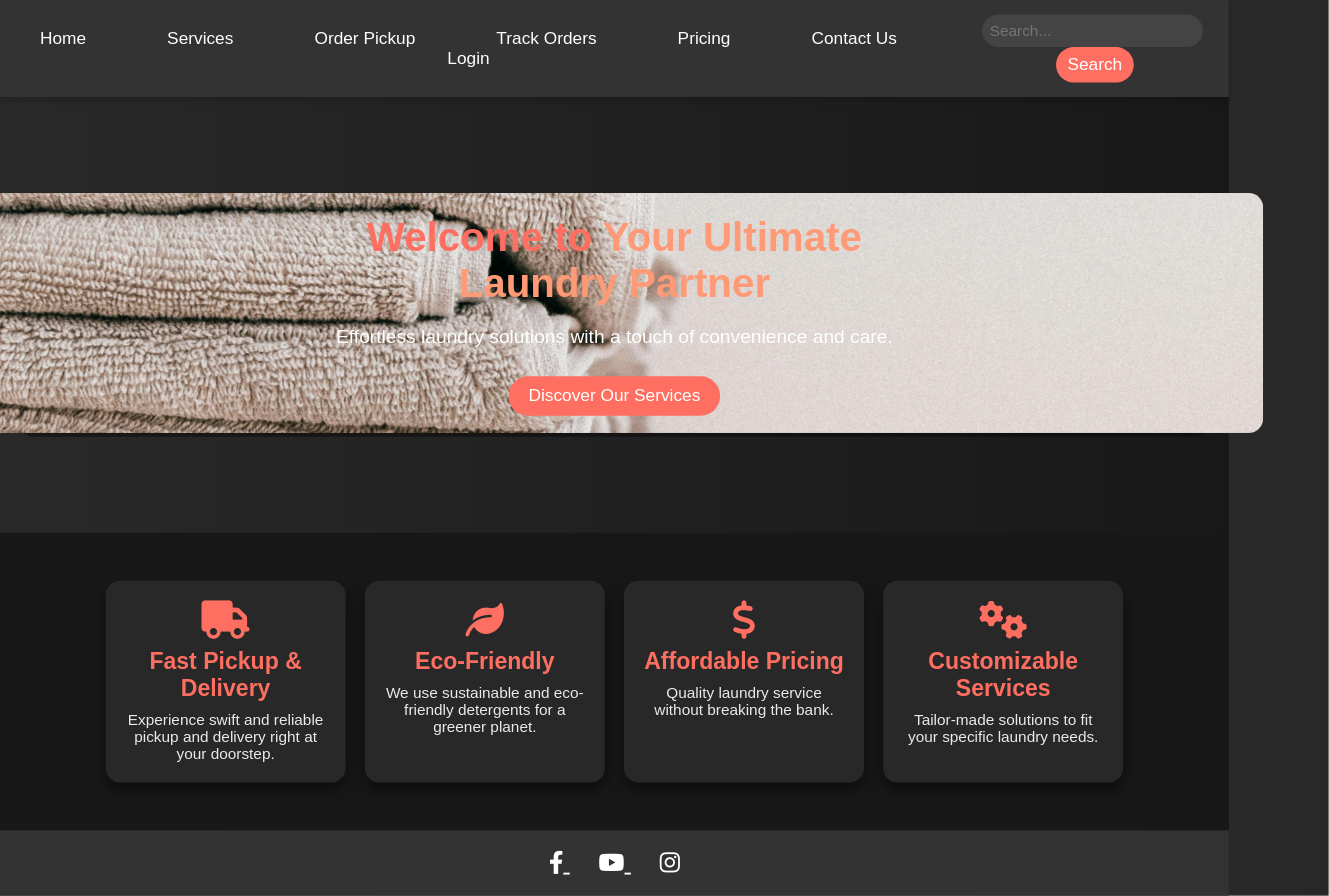
Repository: wmrmweerakoon/Online-Laundry-Management-System
Page: http://localhost/LaundryManagementSystem/home.jsp
These files come from the project's save history. The page is drawn as it stood at one moment and after the next save; the edit follows.
The browser window is 1280 px wide. The page is 1384 px wide, so the pictures cover 1384 px, including what lies to the right of the window. The pictures show the whole page, at 96% of full size.
The page is served by Tomcat 9.

Above is the page before, as saved 2024-10-08 04:08:46.

After the next save:
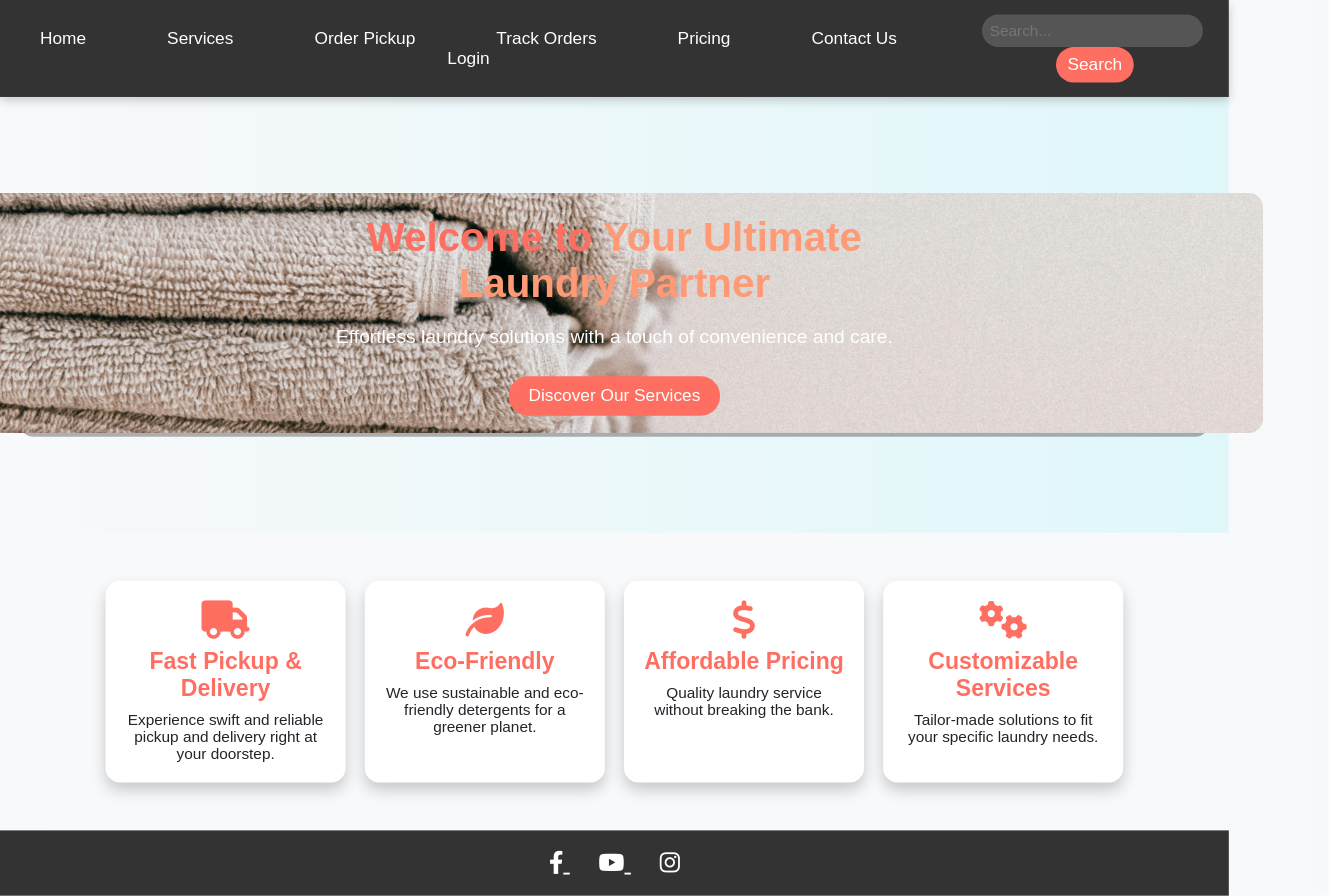
Saved 39 s later.
--- a/Projects/LaundryManagementSystem/src/main/webapp/CSS/home.css
+++ b/Projects/LaundryManagementSystem/src/main/webapp/CSS/home.css
@@ -8,14 +8,11 @@
     --menu-bg-color: #333; /* Darker gray for menu bar */
     --menu-hover-bg-color: #444; /* Slightly lighter gray for hover */
     --menu-text-color: #ffffff; /* White text for contrast */
-    --search-bar-bg: #444; /* Darker background for search bar */
-    --bg-color: #181818; /* Dark background for the main section */
-    --bg-gradient-start: #292929; /* Dark Gray */
-    --bg-gradient-end: #181818; /* Darker Gray */
-    --text-primary: #eaeaea; /* Light Gray text */
-    --button-bg-color: #ff6f61; /* Coral Pink */
-    --button-hover-color: #ff3e0d; /* Darker Coral */
-    --card-bg-color: #282828; /* Slightly lighter dark for cards */
+    --search-bar-bg: #555; /* Medium dark background for search bar */
+    --bg-gradient-start: #f8f9fa; /* Light Gradient Start */
+    --bg-gradient-end: #e0f7fa;  /* Light Teal Gradient End */
+    --text-primary: #212529; /* Darker text color */
+    --button-hover-color: #ff4824; /* Deep Coral */
 }
 
 * {
@@ -56,7 +53,7 @@ nav ul li {
 }
 
 nav ul li a {
-    color: var(--menu-text-color);
+    color: var(--menu-text-color); /* White text on darker background */
     text-decoration: none;
     font-size: 18px;
     padding: 12px 20px;
@@ -66,9 +63,24 @@ nav ul li a {
 }
 
 nav ul li a:hover {
-    background-color: var(--menu-hover-bg-color);
+    background-color: var(--menu-hover-bg-color); /* Slightly lighter gray */
     transform: scale(1.05);
     box-shadow: 0 4px 10px rgba(0, 0, 0, 0.2);
+}
+
+nav ul li a::after {
+    content: '';
+    position: absolute;
+    width: 0;
+    height: 3px;
+    background-color: var(--primary-color); /* Coral underline on hover */
+    left: 0;
+    bottom: 0;
+    transition: width 0.3s ease;
+}
+
+nav ul li a:hover::after {
+    width: 100%;
 }
 
 /* Search Bar */
@@ -84,8 +96,8 @@ nav ul li a:hover {
     border: none;
     border-radius: 20px;
     width: 230px;
-    background-color: var(--search-bar-bg);
-    color: var(--accent-color);
+    background-color: var(--search-bar-bg); /* Medium dark background for search */
+    color: var(--accent-color); /* White text in search bar */
     outline: none;
     transition: all 0.3s ease;
 }
@@ -97,7 +109,7 @@ nav ul li a:hover {
 
 .search-container button {
     padding: 8px 12px;
-    background-color: var(--button-bg-color);
+    background-color: var(--primary-color);
     color: var(--accent-color);
     border: none;
     border-radius: 20px;
@@ -106,7 +118,7 @@ nav ul li a:hover {
 }
 
 .search-container button:hover {
-    background-color: var(--button-hover-color);
+    background-color: var(--hover-color);
     box-shadow: 0 4px 6px rgba(0, 0, 0, 0.2);
 }
 
@@ -138,7 +150,7 @@ nav ul li a:hover {
     left: 0;
     width: 100%;
     height: 100%;
-    background: rgba(0, 0, 0, 0.4); /* Dark overlay */
+    background: rgba(0, 0, 0, 0.3); /* Adjust color and opacity as needed */
     border-radius: 15px;
 }
 
@@ -168,7 +180,7 @@ nav ul li a:hover {
 button {
     padding: 10px 20px;
     font-size: 18px;
-    background-color: var(--button-bg-color);
+    background-color: var(--primary-color);
     color: var(--accent-color);
     border: none;
     cursor: pointer;
@@ -185,7 +197,7 @@ button:hover {
 .info-section {
     text-align: center;
     padding: 50px 20px;
-    background-color: var(--bg-color); /* Dark background for info section */
+    background-color: var(--bg-gradient-start); /* Light background to complement the page */
     color: var(--text-primary);
 }
 
@@ -197,12 +209,12 @@ button:hover {
 }
 
 .info-card {
-    background-color: var(--card-bg-color);
+    background-color: var(--accent-color);
     border-radius: 15px;
     padding: 20px;
     width: 250px;
     text-align: center;
-    box-shadow: 0 8px 15px rgba(0, 0, 0, 0.5);
+    box-shadow: 0 8px 15px rgba(0, 0, 0, 0.2);
     transition: transform 0.3s ease, box-shadow 0.3s ease;
 }
 
@@ -225,14 +237,14 @@ button:hover {
 
 .info-card:hover {
     transform: scale(1.05);
-    box-shadow: 0 12px 20px rgba(0, 0, 0, 0.7);
+    box-shadow: 0 12px 20px rgba(0, 0, 0, 0.3);
 }
 
 /* Social Media Links Styling */
 .social-media {
     text-align: center;
     padding: 20px 0;
-    background-color: var(--menu-bg-color);
+    background-color: var(--menu-bg-color); /* Match the menu bar color */
 }
 
 .social-media a {
